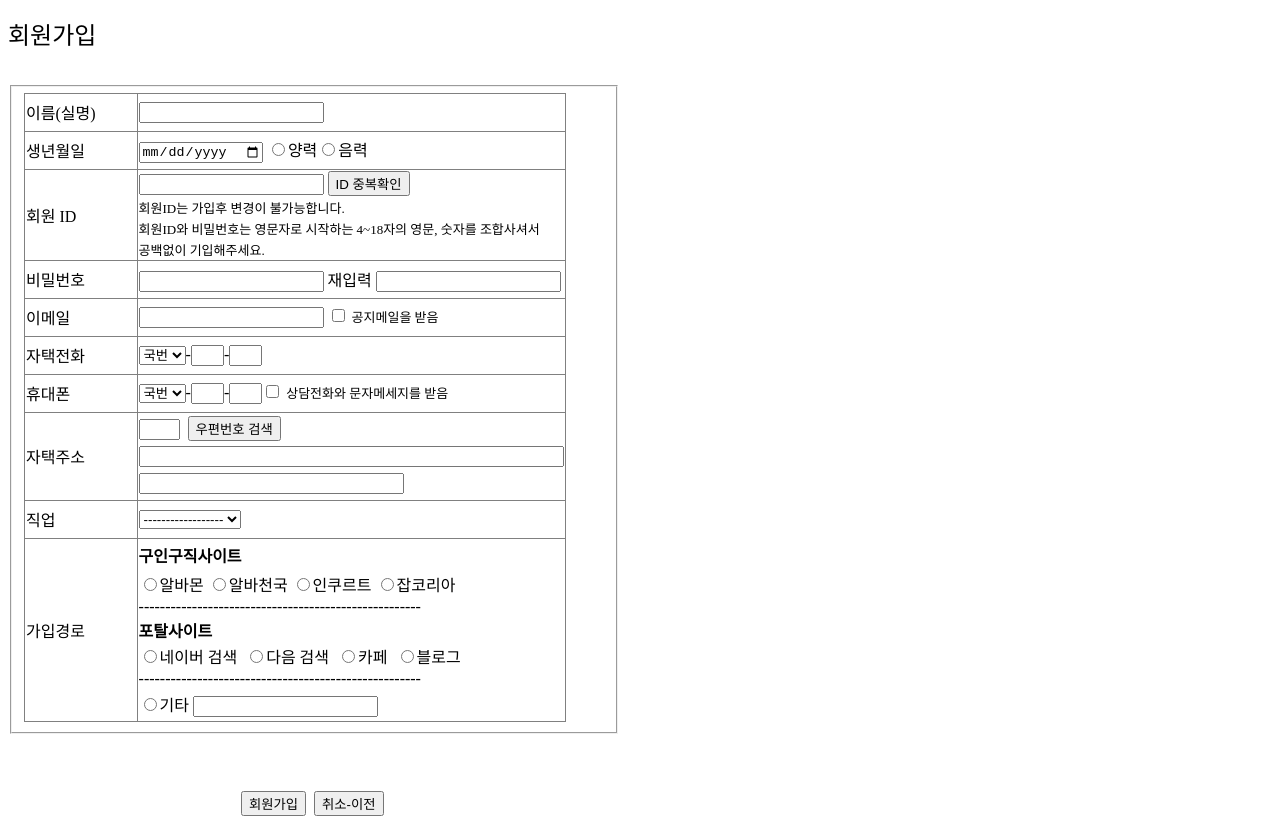
Repository: seoulsudal/Web
Page: http://localhost/personal/template/join.jsp
The author's editor kept a copy of each file at every save. The page is drawn from the files as they stood at one save, then again after the next save.
The browser window is 1280 px wide. The pictures show the whole page.
The page is served by Tomcat 9.

Above is the page before, as saved 2021-10-26 10:33:37.

After the next save:
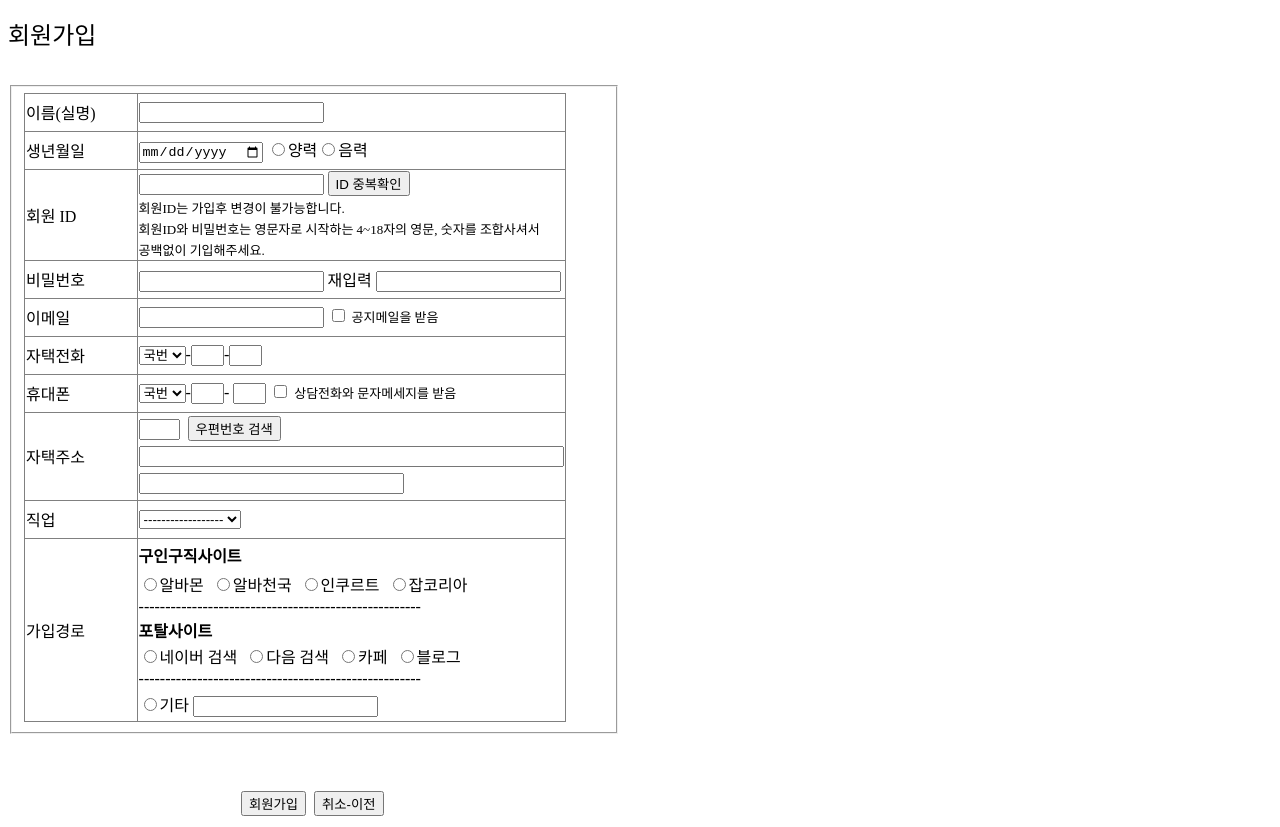
Saved 74 s later.
--- a/personal/src/main/webapp/template/join.jsp
+++ b/personal/src/main/webapp/template/join.jsp
@@ -87,10 +87,10 @@
 							<option value="011">011</option>
 							<option value="017">017</option>
 							<option value="019">019</option>
-					</select>-<input type="text" name="ph1" class="ph" size="1" maxlength="4">-<input
-						type="text" name="ph2" class="ph" size="1" maxlength="4"><input
-						type="checkbox" name="msg" id="msg" maxlength="4"> <font
-						size="2">상담전화와 문자메세지를 받음</font></td>
+					</select>-<input type="text" name="ph1" class="ph" size="1" maxlength="4">-
+					<input type="text" name="ph2" class="ph" size="1" maxlength="4">
+					<input type="checkbox" name="msg" id="msg" maxlength="4">
+					<font size="2">상담전화와 문자메세지를 받음</font></td>
 				</tr>
 				<tr>
 					<td rowspan="3"><label for="address">자택주소</label></td>
@@ -122,11 +122,11 @@
 					<td style="border-bottom: none;" height="30"><strong>구인구직사이트</strong></td>
 				</tr>
 				<tr>
-					<td style="border-top: none; border-bottom: none;"><input
-						type="radio" name="root" class="root">알바몬&nbsp;<input
-						type="radio" name="root" class="root">알바천국&nbsp;<input
-						type="radio" name="root" class="root">인쿠르트&nbsp;<input
-						type="radio" name="root" class="root">잡코리아</td>
+					<td style="border-top: none; border-bottom: none;">
+					<input type="radio" name="root" class="root">알바몬&nbsp;
+					<input type="radio" name="root" class="root">알바천국&nbsp;
+					<input type="radio" name="root" class="root">인쿠르트&nbsp;
+					<input type="radio" name="root" class="root">잡코리아</td>
 				</tr>
 				<tr>
 					<td style="border-top: none; border-bottom: none;">-----------------------------------------------------</td>
